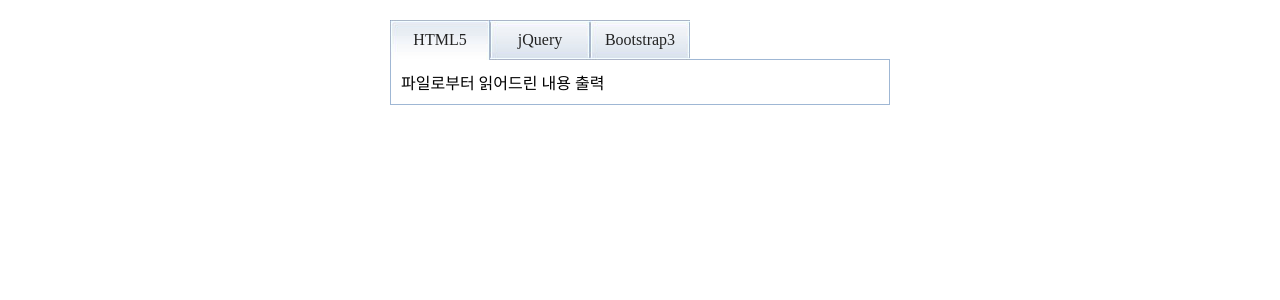
Repository: chaejunho689/bitcamp
Page: jQuery/src/main/webapp/04_jQueryCSS/exam03.html
The author's editor kept a copy of each file at every save. The page is drawn from the files as they stood at one save, then again after the next save.
The browser window is 1280 px wide. The pictures show the whole page.

Above is the page before, as saved 2024-08-23 07:44:46.
Console error: TypeError: Cannot read properties of undefined (reading 'indexOf')

### jQuery/src/main/webapp/04_jQueryCSS/exam03.html
<!DOCTYPE html>
<html>
<head>
<meta charset="UTF-8">
<title>Insert title here</title>
<style type="text/css">
* {
    padding: 0;
    margin: 0;
}

#container {
    width: 500px;
    margin: 20px auto;
}

ul.tab {
    list-style: none;
    position: relative;
    z-index: 100;
}

ul.tab li {
    width: 100px;
    height: 40px;
    float: left;
}

ul:after {
    content: '';
    display: block;
    float: none;
    clear: both;
}

ul.tab li a {
    background: url("../image/tab.jpg");
    display: block;
    color: #222;
    line-height: 40px;
    text-align: center;
    text-decoration: none;
}

ul.tab li a.selected {
    background: url("../image/tab_selected.jpg");
}

p.panel {
    border: 1px solid #9FB7D4;
    position: relative;
    padding: 10px;
    margin: 0;
    top: -1px;
}
</style>
</head>
<body>
	<div id="container">
		<!-- 탭 버튼 영역 -->
		<ul class="tab">
			<li><a href="../txt/html5.txt" class="selected">HTML5</a></li>
			<li><a href="../txt/jquery.txt">jQuery</a></li>
			<li><a href="../txt/bootstrap.txt">Bootstrap3</a></li>
		</ul>
		<!-- 내용 영역 -->
		<p class="panel">파일로부터 읽어드린 내용 출력</p>
	</div>
<script type="text/javascript" src="http://code.jquery.com/jquery-3.7.1.min.js"></script>
<script type="text/javascript">
$(function(){
	console.log($('.selected').attr('href') );
	console.log($('ul.tab > li > a.selected').attr('href'));

	$('p.panel').load();
});
</script>
</body>
</html>

After the next save:
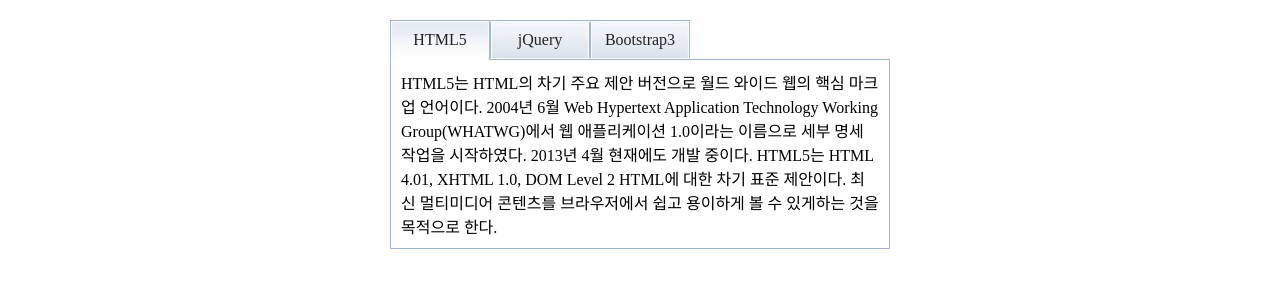
The error is gone.
Saved 33 s later.
--- a/jQuery/src/main/webapp/04_jQueryCSS/exam03.html
+++ b/jQuery/src/main/webapp/04_jQueryCSS/exam03.html
@@ -72,7 +72,7 @@
 	console.log($('.selected').attr('href') );
 	console.log($('ul.tab > li > a.selected').attr('href'));
 
-	$('p.panel').load();
+	$('p.panel').load($('.selected').attr('href'));
 });
 </script>
 </body>
